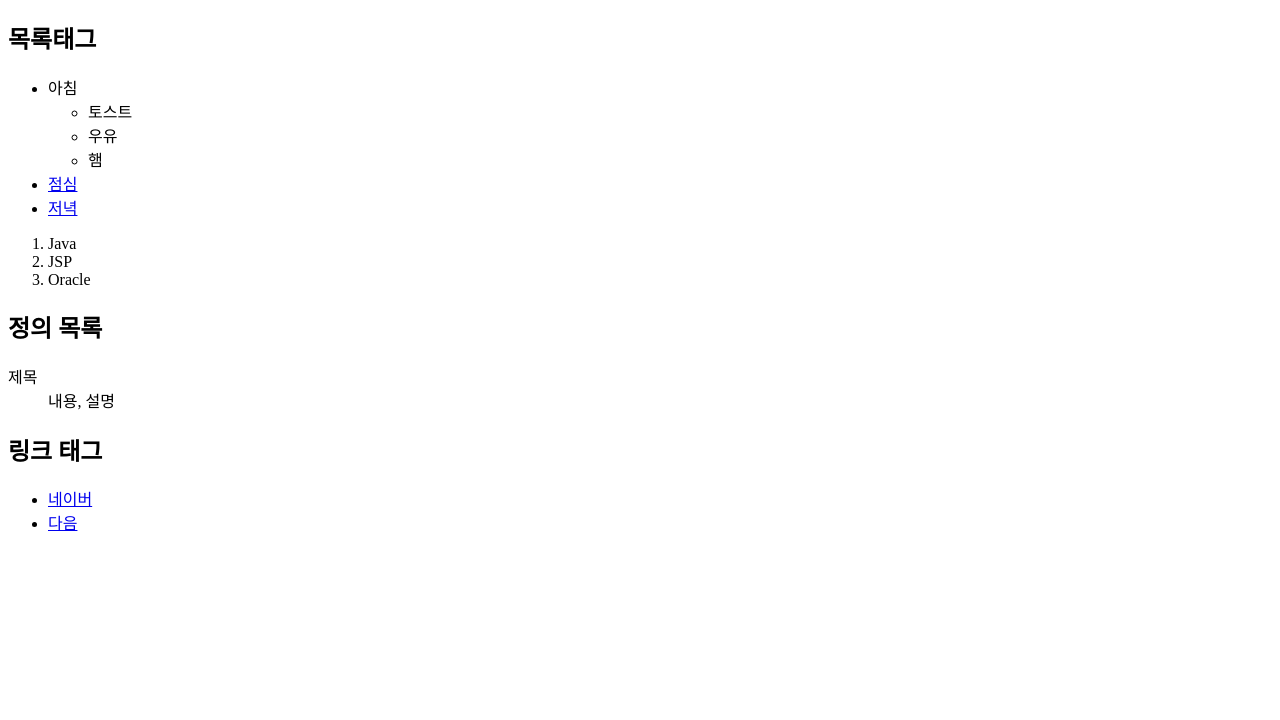
Repository: Cheol-Cheol/KOSA
Page: Kcc_web/Html/WebContent/list.html
The author's editor kept a copy of each file at every save. The page is drawn from the files as they stood at one save, then again after the next save.
The browser window is 1280 px wide. The pictures show the whole page.

Above is the page before, as saved 2024-07-08 03:01:24.

After the next save:
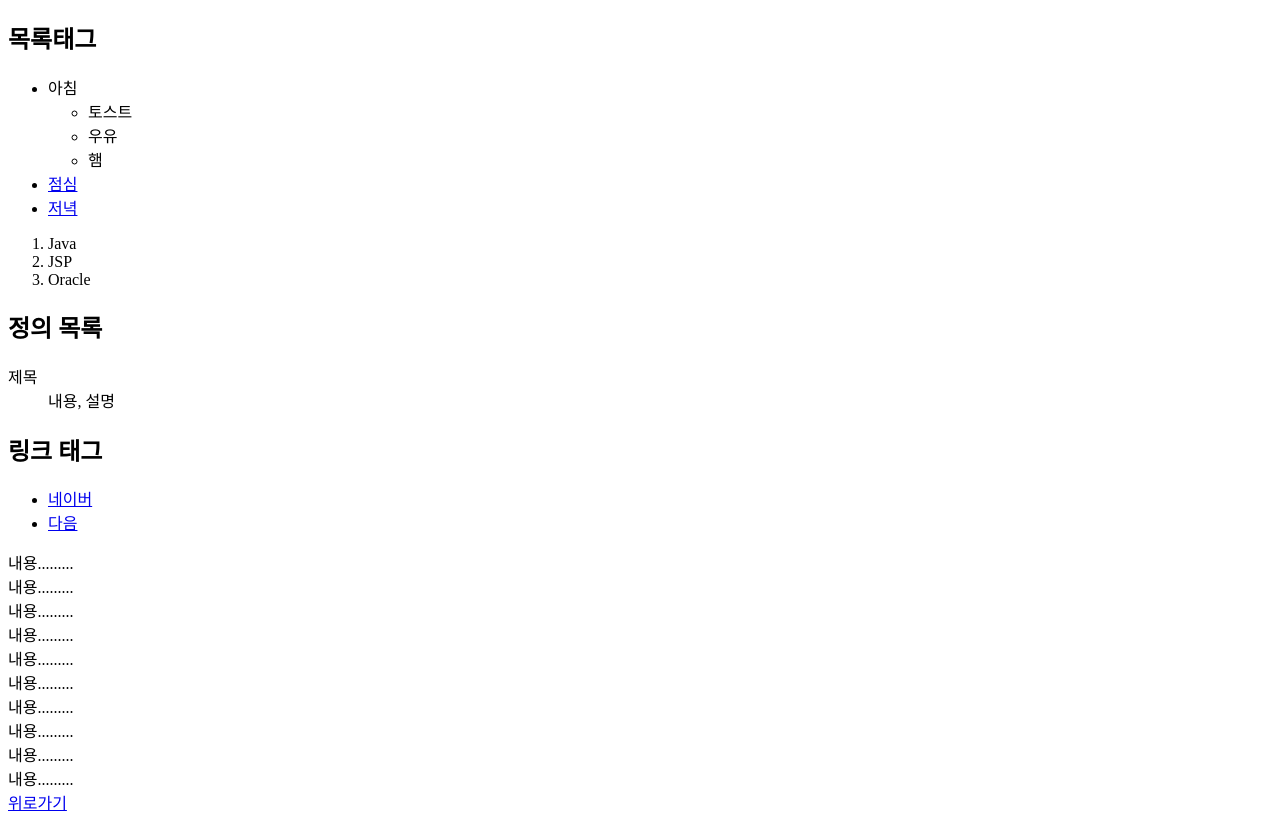
Saved 3 min 48 s later.
--- a/Kcc_web/Html/WebContent/list.html
+++ b/Kcc_web/Html/WebContent/list.html
@@ -21,6 +21,7 @@ a {
 </style>
 </head>
 <body>
+	<a href="top"></a>
 	<h2>목록태그</h2>
 	<ul>
 		<li>아침
@@ -53,6 +54,17 @@ a {
 		<li><a href="http://daum.net" target="_self">다음</a></li>
 	</ul>
 
+	<div>내용.........</div>
+	<div>내용.........</div>
+	<div>내용.........</div>
+	<div>내용.........</div>
+	<div>내용.........</div>
+	<div>내용.........</div>
+	<div>내용.........</div>
+	<div>내용.........</div>
+	<div>내용.........</div>
+	<div>내용.........</div>
 
+	<a href="#top">위로가기</a>
 </body>
 </html>
